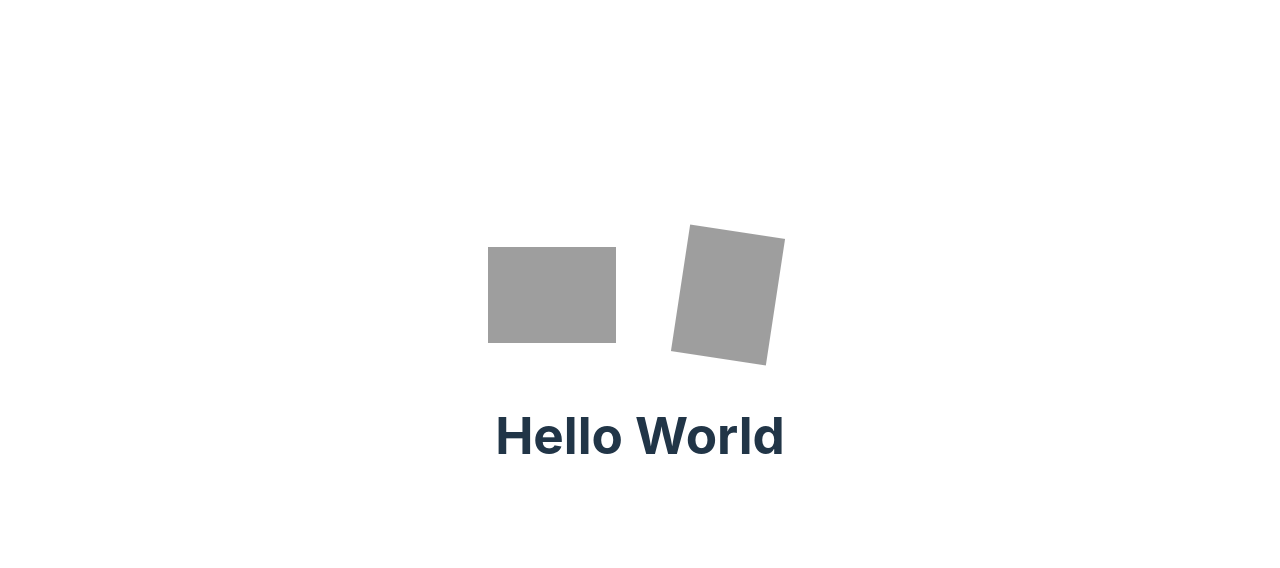
Repository: marianozamora/vite-test-plat
Page: /
The author's editor kept a copy of each file at every save. The page is drawn from the files as they stood at one save, then again after the next save.
The browser window is 1280 px wide. The pictures show the whole page.
Pictures or frames that could not be fetched are drawn as grey boxes. The page's requests for data from a server got no answer. The project was rebuilt for these pictures with package versions that can differ from the ones it lists, and the page was loaded fresh each time. No one was signed in, and anything a server would have sent is missing. Also part of the build but not shown: vite.config.js.

Above is the page before, as saved 2023-06-22 13:32:19.

### src/App.jsx
import { useState } from 'react'
import reactLogo from './assets/react.svg'
import viteLogo from '/vite.svg'
import './App.css'

//components
import List from './components/List'
import Filter from './components/Filter'

function App() {
  const [count, setCount] = useState(0)

  return (
    <>
      <div>
        <a href="https://vitejs.dev" target="_blank" rel="noreferrer">
          <img src={viteLogo} className="logo" alt="Vite logo" />
        </a>
        <a href="https://react.dev" target="_blank" rel="noreferrer">
          <img src={reactLogo} className="logo react" alt="React logo" />
        </a>
      </div>
      <h1>Hello World</h1>
      {/* <div className="card">
        <button onClick={() => setCount((count) => count + 1)}>
          count is {count}
        </button>
      </div> */}

      <List />
    </>
  )
}

export default App

### src/components/List.jsx
import { useState } from "react";
import { useEffect } from "react";

const ListPokemons = () => {
	const [pokemons, setPokemons] = useState([]);

	useEffect(() => {
		async function getPokemons() {
			const data = await fetch(import.meta.env.VITE_API_URL).then((response) => response.json());
			setPokemons(data.results);
		}
		getPokemons();
	}, []);

	return (
		<ul>
			{pokemons.map((pokemon, index) => (
				<li key={index}>{pokemon.name}</li>
			))}
		</ul>
	);
};

export default ListPokemons;

### src/components/Filter.jsx

const Filter = () => {
    return (
        <div className="filter__text">
            <h2>Filter</h2>
            <input type="text" placeholder="Search pokemons..." />
        </div>
    );
}

export default Filter;

Loaded but not shown: index.html (common file); src/main.jsx (common file); src/index.css (common file); src/App.css (common file)

After the next save:
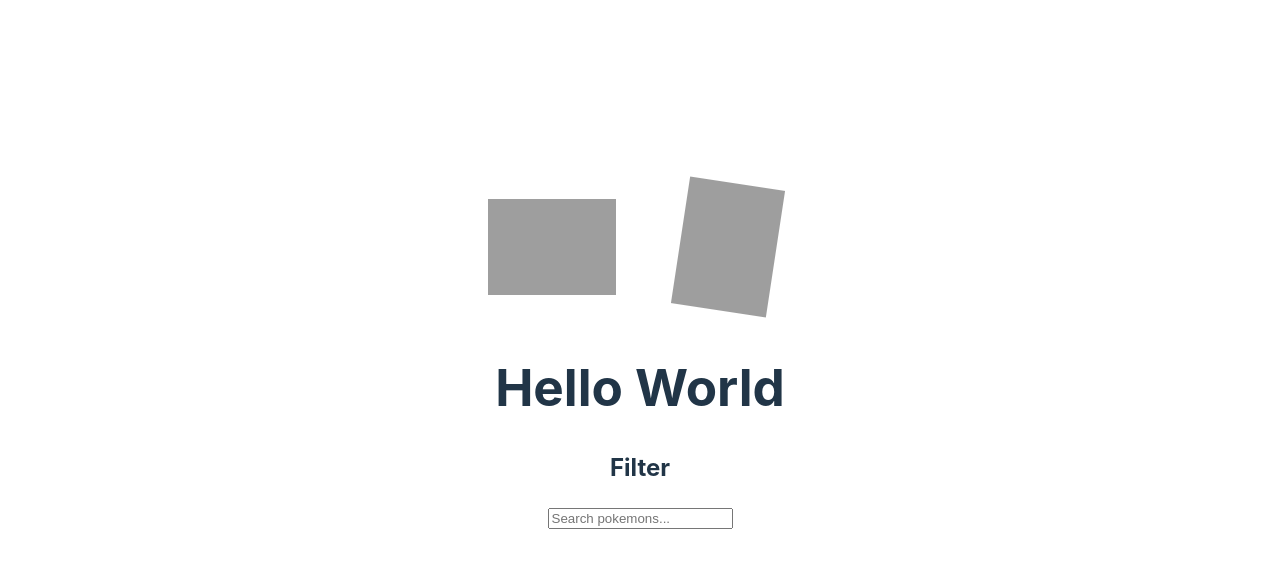
Saved 5 s later.
--- a/src/App.jsx
+++ b/src/App.jsx
@@ -26,7 +26,7 @@ function App() {
           count is {count}
         </button>
       </div> */}
-
+      <Filter />
       <List />
     </>
   )
